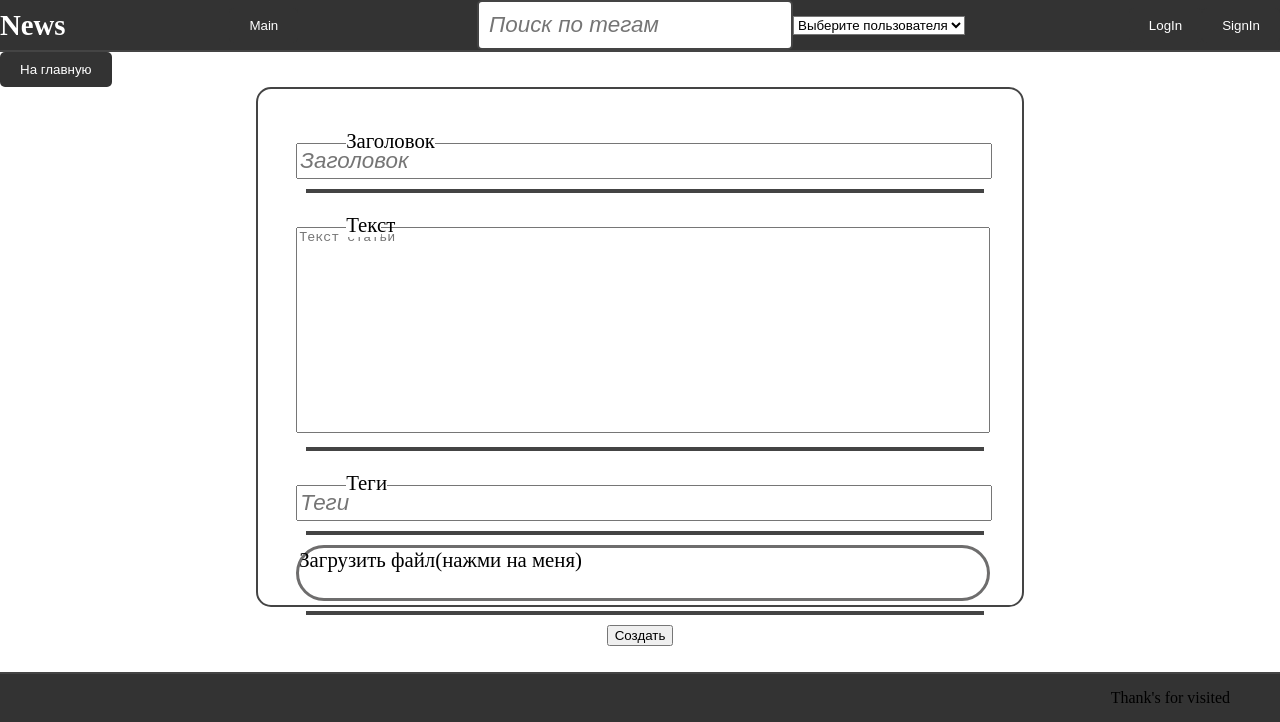
Repository: Igor-Blazhko/news_frontend
Page: /CreatePost
An editor plug-in stored every save of this project. The page is shown before and after the next save, followed by the edit.
The browser window is 1280 px wide. The pictures show the whole page.
The project was rebuilt for these pictures with package versions that can differ from the ones it lists, and the page was loaded fresh each time. Also part of the build but not shown: vite.config.ts, src/components/allPost/onePost/onePost.module.css, src/components/allPost/onePost/onePost.tsx, src/components/allPost/allPost.tsx, src/components/auth/logIn/login.module.css, src/components/auth/logIn/login.tsx, src/components/auth/register/register.tsx, src/components/pageOnePost/comments/comment.tsx and 2 more.

Above is the page before, as saved 2024-07-15 16:56:05.

After the next save:
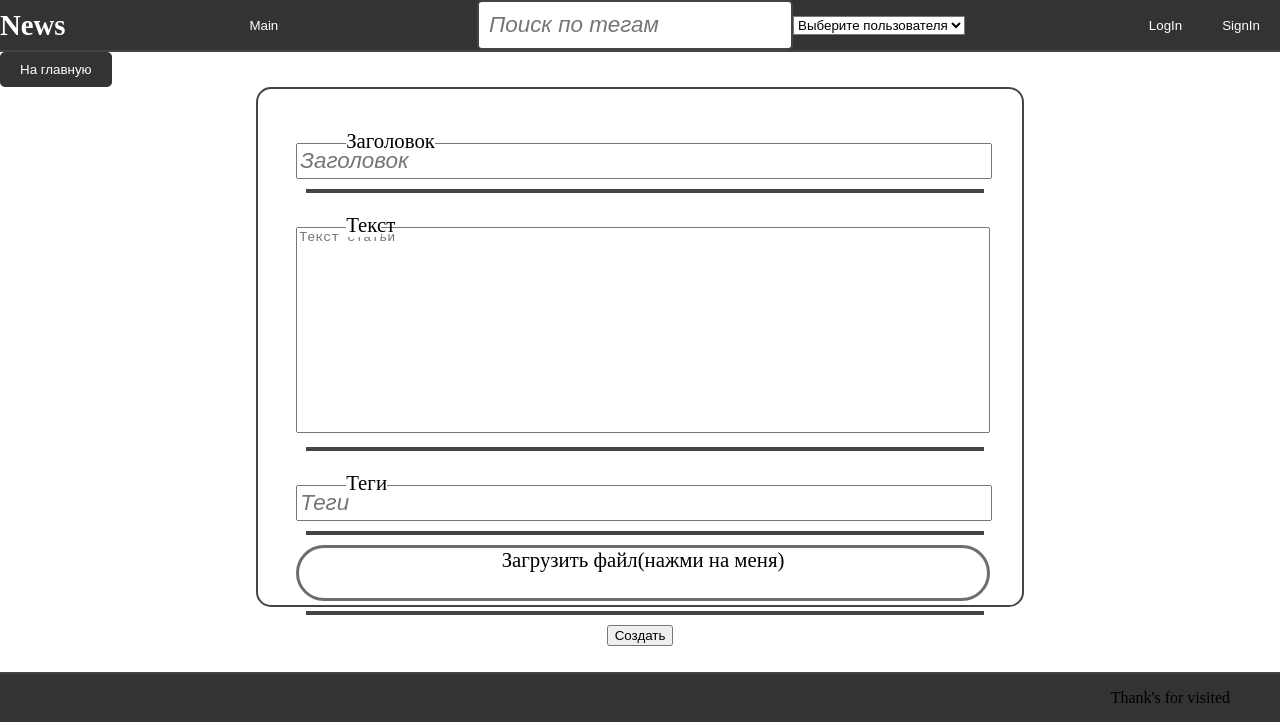
Saved 9 s later.
--- a/src/components/createPost/createPost.module.css
+++ b/src/components/createPost/createPost.module.css
@@ -59,7 +59,7 @@ form>div:after{
 }
 
 label.file{
-    content: "Загрузить файл(нажми на меня)";
+    text-align: center;
     position: relative;
     top: 0;
     left: 0;
